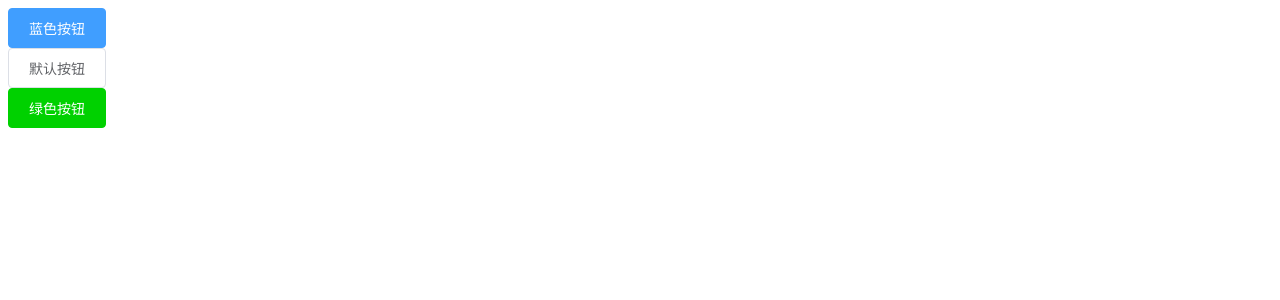
Repository: Cherry-pan/component-packing
Page: /
The author's editor kept a copy of each file at every save. The page is drawn from the files as they stood at one save, then again after the next save.
The browser window is 1280 px wide. The pictures show the whole page.
The project was rebuilt for these pictures with package versions that can differ from the ones it lists, and the page was loaded fresh each time. Also part of the build but not shown: vue.config.js.

Above is the page before, as saved 2022-04-30 14:07:26.

### index.html
<!DOCTYPE html>
<html>
  <head>
    <meta charset="utf-8">
    <meta name="viewport" content="width=device-width,initial-scale=1.0">
    <title>component-packing</title>
  </head>
  <body>
    <div id="app"></div>
    <!-- built files will be auto injected -->
  </body>
</html>

### src/components/Home.vue
<template>
  <div>
    <AButton type="primary" border>
      蓝色按钮
    </AButton>
    <AButton>
      默认按钮
    </AButton>
    <AButton type="success">
      绿色按钮
    </AButton>
  </div>
</template>

<script>
export default {
  name: "Home",
  components: {
    AButton: () => import("@/components/button/Button.vue")
  },

  data() {
    return {};
  }
};
</script>

<!-- Add "scoped" attribute to limit CSS to this component only -->
<style scoped></style>

### src/components/button/Button.vue
<template>
  <div>
    <button :class="[theme]" class="a-button">
      <slot></slot>
    </button>
  </div>
</template>

<script>
export default {
  name: "Button",
  props: {
    //   类型
    type: {
      type: String,
      default: ""
    },
    // 边框
    border: Boolean //默认是false
  },
  computed: {
    // 监听变化
    theme() {
      console.log(this.type);
      // 如果有值，返回
      return this.type ? `a-button-${this.type}` : "";
    },
    isBorder() {
        console.log(this.border);
      return this.border ? "is-border" : "";
    }
  },
  data() {
    return {};
  },

  mounted() {},

  methods: {}
};
</script>

<style lang="scss" scoped>
.a-button {
  padding: 0 20px 0 20px;
  border-width: 1px;
  border-color: #dcdfe6;
  border-style: solid;
  border-radius: 4px;
  background-color: white;
  font-size: 14px;
  color: #606266;
  height: 40px;
  line-height: 40px;
}
// 禁用 透明度
.a-button[disabled] {
  opacity: 0.7;
  // 鼠标变成禁用
  cursor: not-allowed;
}
.a-button-primary {
  border-color: #409eff;
  background-color: #409eff;
  color: white;
  &.is-border {
    background-color: transparent;
    color: #409eff;
  }
}
.a-button-success {
  border-color: #00d100;
  background-color: #00d100;
  color: white;
  &.is-border {
    background-color: transparent;
    color: #00d100;
  }
}
.a-button-warning {
  border-color: #e6a23c;
  background-color: #e6a23c;
  color: white;
  &.is-border {
    background-color: transparent;
    color: #e6a23c;
  }
}
.a-button-danger {
  border-color: #f56c6c;
  background-color: #f56c6c;
  color: white;
  &.is-border {
    background-color: transparent;
    color: #f56c6c;
  }
}
// 圆角
.is-round {
  border-radius: 100px;
}
</style>

Loaded but not shown: src/main.js (common file); src/App.vue (common file); src/router/index.js (common file)

After the next save:
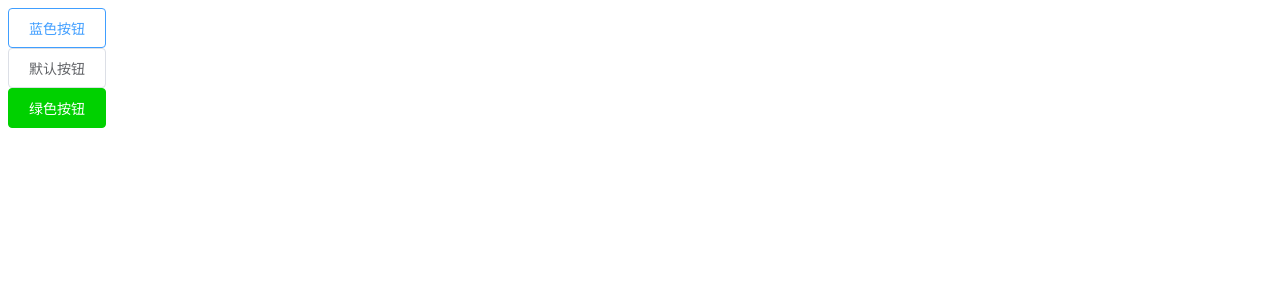
Saved 39 s later.
--- a/src/components/button/Button.vue
+++ b/src/components/button/Button.vue
@@ -1,6 +1,6 @@
 <template>
   <div>
-    <button :class="[theme]" class="a-button">
+    <button :class="[theme,isBorder]" class="a-button">
       <slot></slot>
     </button>
   </div>
